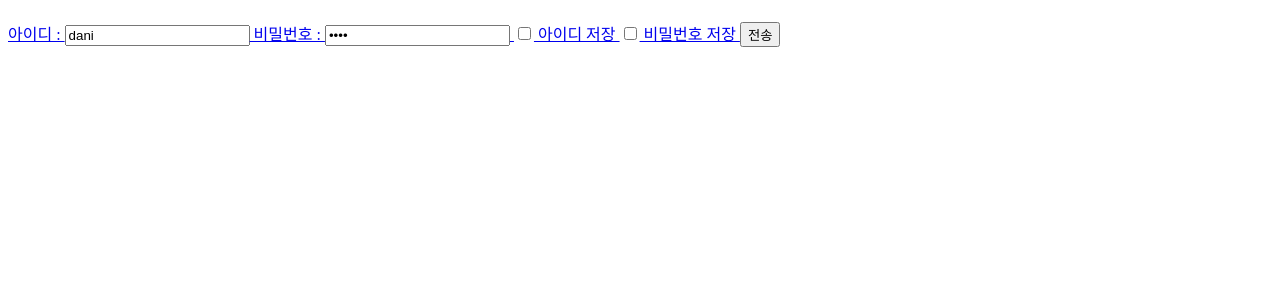
Repository: cheez0909/JSP
Page: http://localhost/1103/response/ex/Main.jsp
An editor plug-in stored every save of this project. The page is shown before and after the next save, followed by the edit.
The browser window is 1280 px wide. The pictures show the whole page.
The page is served by Tomcat 9. Other server files are loaded and not shown.

Above is the page before, as saved 2023-11-08 01:29:54.

### 1103/src/main/webapp/response/ex/Main.jsp
<%@ page language="java" contentType="text/html; charset=UTF-8"
    pageEncoding="UTF-8"%>
<!DOCTYPE html>
<html>
<head>
<meta charset="UTF-8">
<title>Insert title here</title>
</head>
<body>
<%
	String id = "dani";
	String err = request.getParameter("err");
	String saves ="";
	String pwd = "1234";

	if(err!=null){
		if("1".equals(err)){
			out.print("아이디 혹은 비밀번호를 확인해주세요");
		} else if("2".equals(err)){
			out.print("로그인에 실패하였습니다.");
		}
	}

	if(request.getParameter("id")!=null){
		id = request.getParameter("id");
	}

	if(request.getParameter("pwd")!=null){
		pwd = request.getParameter("pwd");
	}

	if(request.getParameter("saves")!=null){
		saves = request.getParameter("saves");
	}
%>

<a href="Login.jsp">
<h1><%=saves%></h1>

아이디 : <input type="text" name="id" value="<%=id %>" />
비밀번호 : <input type="password" name = "pwd" value="<%= pwd %>" />


<input type="checkbox" value="saveid" name="save" /> 아이디 저장
<input type="checkbox" value="savepwd" name="save" /> 비밀번호 저장
<button>전송</button>
</a>
</body>
</html>

After the next save:
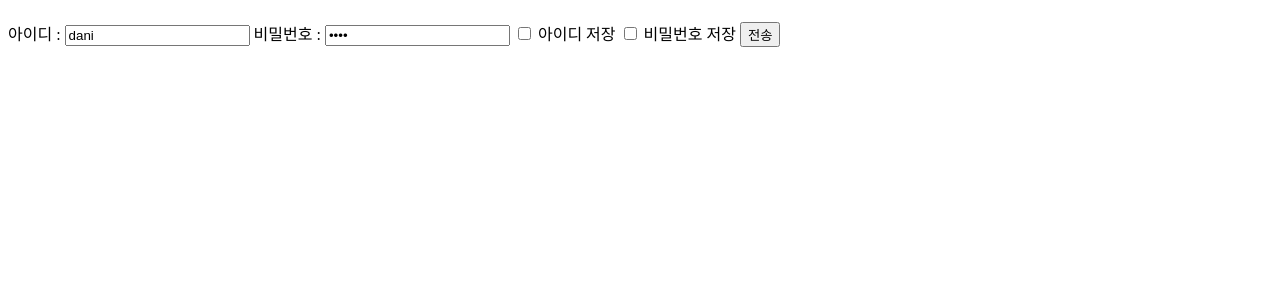
Saved 29 s later.
--- a/1103/src/main/webapp/response/ex/Main.jsp
+++ b/1103/src/main/webapp/response/ex/Main.jsp
@@ -34,7 +34,7 @@
 	}
 %>
 
-<a href="Login.jsp">
+<form action="Login.jsp" method="post">
 <h1><%=saves%></h1>
 
 아이디 : <input type="text" name="id" value="<%=id %>" />
@@ -44,6 +44,6 @@
 <input type="checkbox" value="saveid" name="save" /> 아이디 저장
 <input type="checkbox" value="savepwd" name="save" /> 비밀번호 저장
 <button>전송</button>
-</a>
+</form>
 </body>
 </html>
